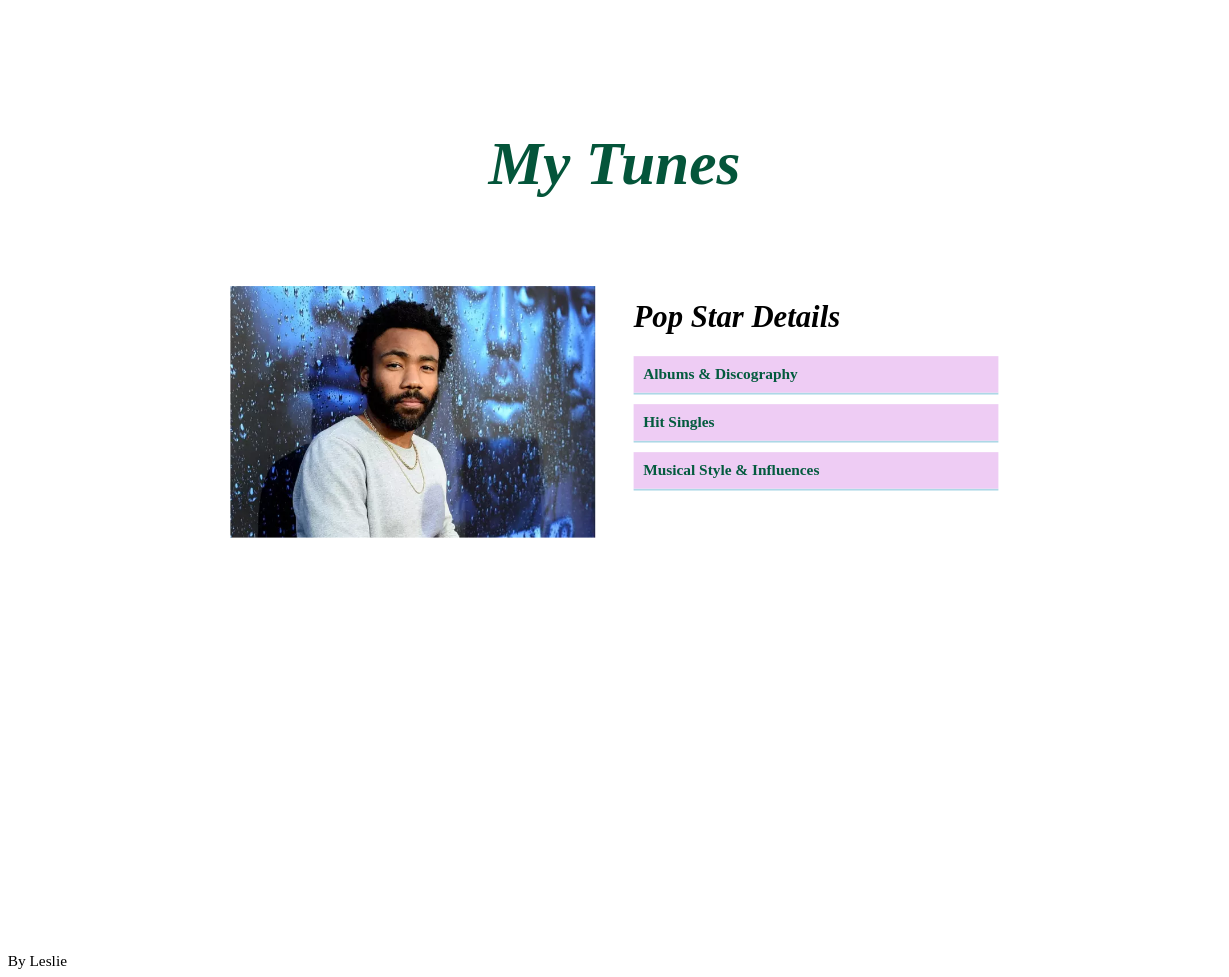
Repository: leslie179/labOne
Page: /
The author's editor kept a copy of each file at every save. The page is drawn from the files as they stood at one save, then again after a run of saves.
The browser window is 1280 px wide. The pictures show the whole page, at 96% of full size.
The project was rebuilt for these pictures with package versions that can differ from the ones it lists, and the page was loaded fresh each time. The framework's server and built-in components were replaced by stand-ins that run in the browser. Also part of the build but not shown: next.config.js, components/Footer/Footer.module.css.

Above is the page before, as saved 2024-09-15 22:45:23.

### pages/index.js
import Head from 'next/head'
import styles from '@/styles/Home.module.css'
import Footer from '@/components/Footer'
import Header from '@/components/Header'
import LeftComponent from '@/components/LeftComponent'
import RightComponent from '@/components/RightComponent'

export default function Home() {
  return (
    <>
      <Head>
        <title>Create Next App</title>
        <meta name="description" content="Generated by create next app" />
        <meta name="viewport" content="width=device-width, initial-scale=1" />
        <link rel="icon" href="/favicon.ico" />
      </Head>
      <Header/>
      <main className={`${styles.main}`}>
      <div className={styles.container}>
      <div className={styles.left}>
                <LeftComponent />
            </div>
            <div className={styles.right}>
              <h1 className={styles.h1}>Pop Star Details</h1>
                <RightComponent />
            </div>
            </div>
      </main>
      <Footer/>
    </>
  )
}

### styles/globals.css
:root {


}

a {
  color: inherit;
  text-decoration: none;
}

### styles/Home.module.css
.main {
  display: flex;
  flex-direction: column;
  justify-content: space-between;
  align-items: center;
  padding: 2rem;
  min-height: 20vh;
}

.container {
  display: flex;
  width: 70%;
  height: 100vh;

}

.left, .right {
  width: 50%;
  padding: 20px;
  box-sizing: border-box;
}



.h1{
  padding-top: 8%;
  font-style: italic;
}

### components/Footer/index.js
import styles from "./Footer.module.css"

export default function Footer() {
    return(
        <footer className={styles.Footer}>
            By Leslie
        </footer>
    )
}

### components/Header/index.js
import styles from './Header.module.css';


export default function Header() {
    return (
        <header className={styles.header}>
            <h1>My Tunes</h1>
        </header>
    );
}

### components/LeftComponent/index.js
import styles from './LeftComponent.module.css';

export default function LeftComponent() {
    return (
        <div>
            <img src="childish_icon.jpg" alt="Childish Icon" className={styles.image} />
        </div>
    );
}

### components/RightComponent/index.js
import { useState } from 'react';
import styles from './RightComponent.module.css';

export default function RightComponent() {
    const [activeIndex, setActiveIndex] = useState(null);

    const toggleAccordion = (index) => {
        setActiveIndex(activeIndex === index ? null : index);
    };

    const categories = [
        {
            title: 'Albums & Discography',
            content: '"Camp" \n"Because the Internet" \n"Awaken, My Love!"'
        },
        {
            title: 'Hit Singles',
            content: '"3005"\n "Redbone"\n "This Is America" which won Grammys for its cultural impact.'
        },
        {
            title: 'Musical Style & Influences',
            content: 'Blend of hip hop, soul, funk, and rock, drawing influence from Prince, OutKast, and more.'
        }
    ];

    return (
        <div className={styles.accordion}>
            {categories.map((category, index) => (
                <div key={index} className={styles.item}>
                    <div className={styles.title} onClick={() => toggleAccordion(index)}>
                        {category.title}
                    </div>
                    <div className={`${styles.content} ${activeIndex === index ? styles.show : ''}`}>
                        <p>{category.content.split('\n').map((line, i) => (
                            <span key={i}>{line}<br /></span>
                        ))}</p>
                    </div>
                </div>
            ))}
        </div>
    );
}

### components/Header/Header.module.css
.header {
    text-align: center;
    padding-top: 10%;
  }

  .header h1 {
    margin: 0;
    padding: 0;
    font-size: 4rem;
    font-style: italic;
    color: rgb(4, 85, 58);
  }

### components/LeftComponent/LeftComponent.module.css
.left {
    width: 50%;
    background-color: lightgray;
    padding: 20px;
    box-sizing: border-box;
    height: 100vh;
    float: left;
}

.image{
    width: 100%;
    padding-top: 10%;
}

### components/RightComponent/RightComponent.module.css
.right {
    width: 50%;
    padding: 20px;

    box-sizing: border-box;
    height: 100vh;
    float: right;
}


.item {
    border-bottom: 2.5px solid lightblue;
    margin-bottom: 10px;
}

.title {
    cursor: pointer;
    padding: 10px;
    background-color: #eeccf4;
    color: rgb(3, 91, 62);
    font-weight: bold;
}

.content {
    max-height: 0;
    overflow: hidden;
    transition: max-height 0.3s ease-out;
}

.show {
    max-height: 100px;
}

Loaded but not shown: pages/_app.js (common file); pages/_document.js (common file)

After the next 2 saves:
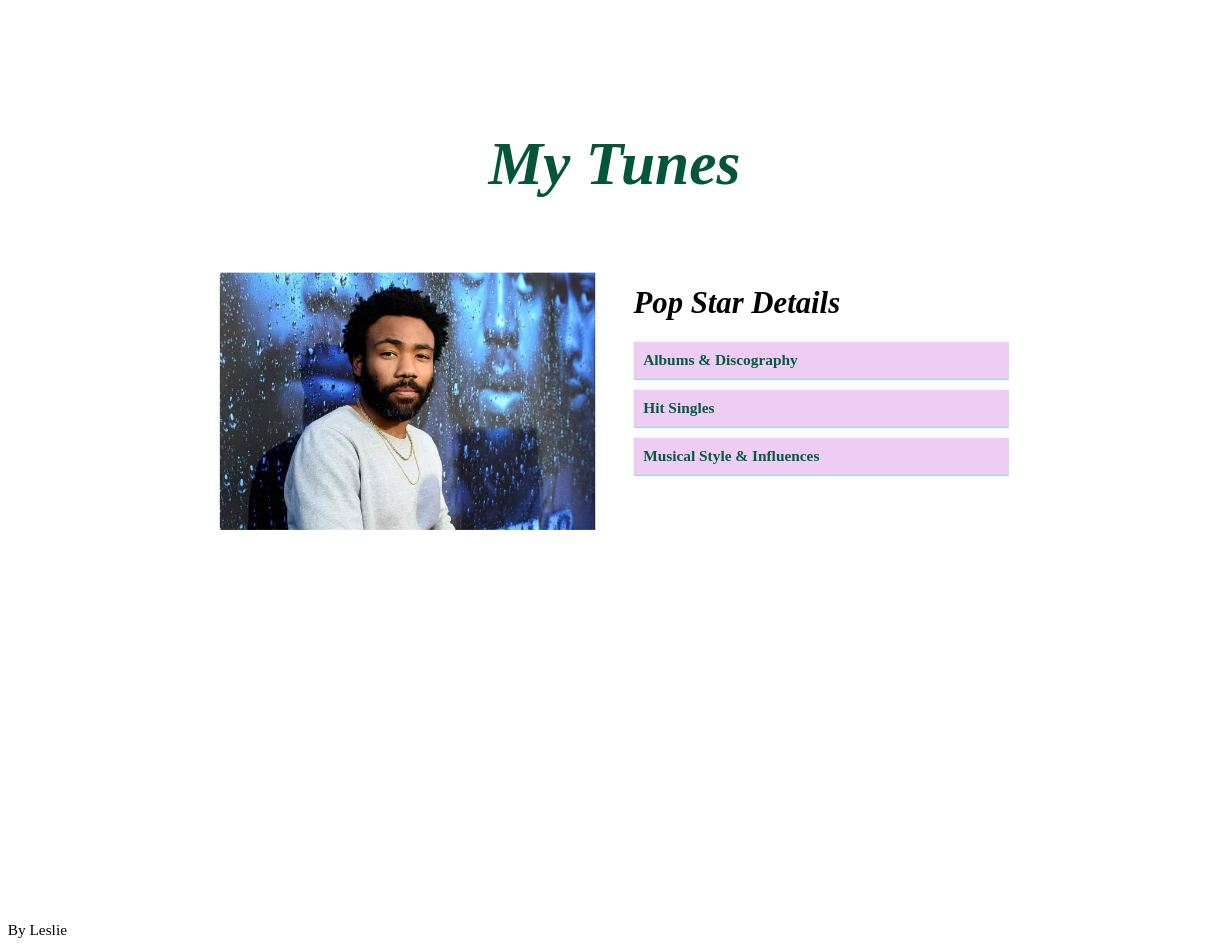
The 2 saves are shown as one change because they came seconds apart.
The last was saved 17 s later.
--- a/styles/Home.module.css
+++ b/styles/Home.module.css
@@ -3,7 +3,7 @@
   flex-direction: column;
   justify-content: space-between;
   align-items: center;
-  padding: 2rem;
+  padding: 1rem;
   min-height: 20vh;
 }
 
